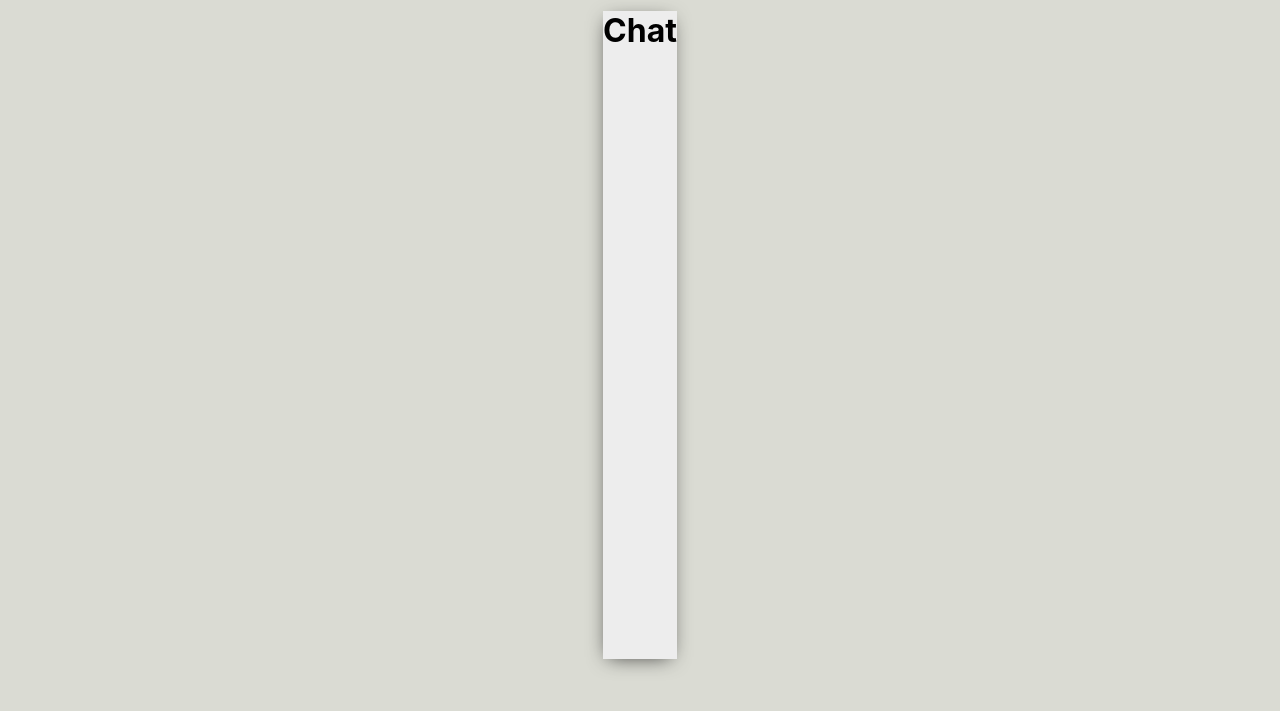
Repository: nadavmza/whatsapp-mern
Page: /
These files come from the project's save history. The page is drawn as it stood at one moment and after a run of saves; the edit follows.
The browser window is 1280 px wide. The pictures show the whole page.
The project was rebuilt for these pictures with package versions that can differ from the ones it lists, and the page was loaded fresh each time. Also part of the build but not shown: src/Chat.css.

Above is the page before, as saved 2021-12-22 00:00:45.

After the next 6 saves:
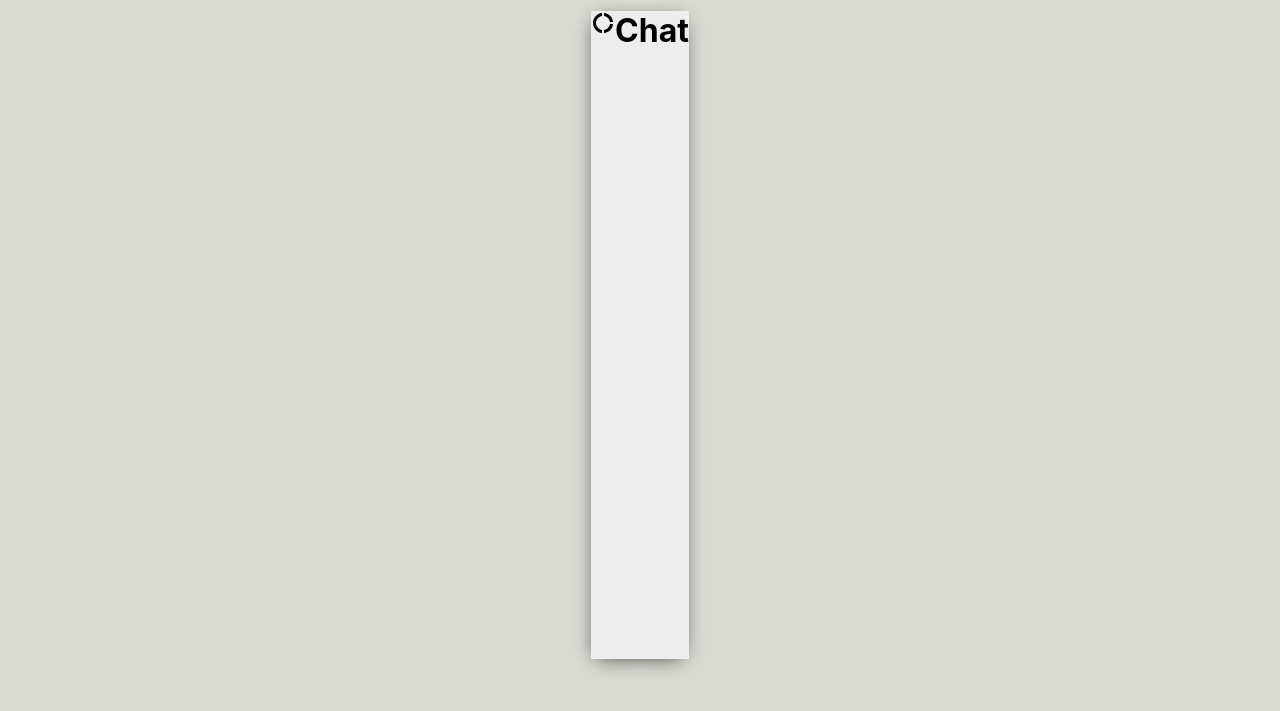
The 6 saves are shown as one change because 1 did not build or start and some came seconds apart.
The last was saved 26 s later.
--- a/src/Sidebar.js
+++ b/src/Sidebar.js
@@ -7,6 +7,7 @@
         <div className='sidebar'>
             <div className="sidebar_header">
                 <div className="sidebar_headerRight">
+                    <DonutLargeIcon/>
                 </div>
             </div>
         </div>

After the 2 saves that followed:
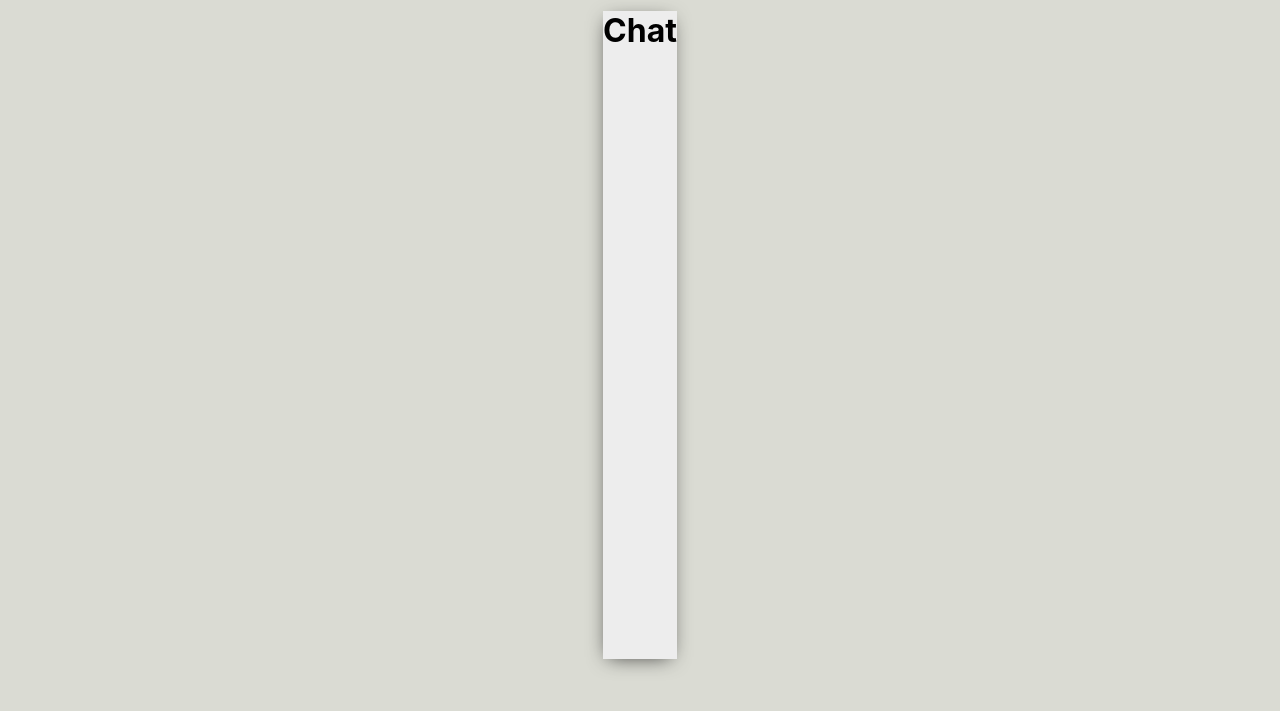
The 2 saves are shown as one change because they came seconds apart.
The last was saved 103 s later.
--- a/src/Sidebar.js
+++ b/src/Sidebar.js
@@ -1,13 +1,13 @@
 import React from 'react'
 import "./Sidebar.css"
-import DonutLargeIcon from '@mui/icons-material/DonutLarge';
+// import DonutLargeIcon from '@mui/icons-material/DonutLarge';
 
 function Sidebar() {
     return (
         <div className='sidebar'>
             <div className="sidebar_header">
                 <div className="sidebar_headerRight">
-                    <DonutLargeIcon/>
+                    {/* <DonutLargeIcon/> */}
                 </div>
             </div>
         </div>
